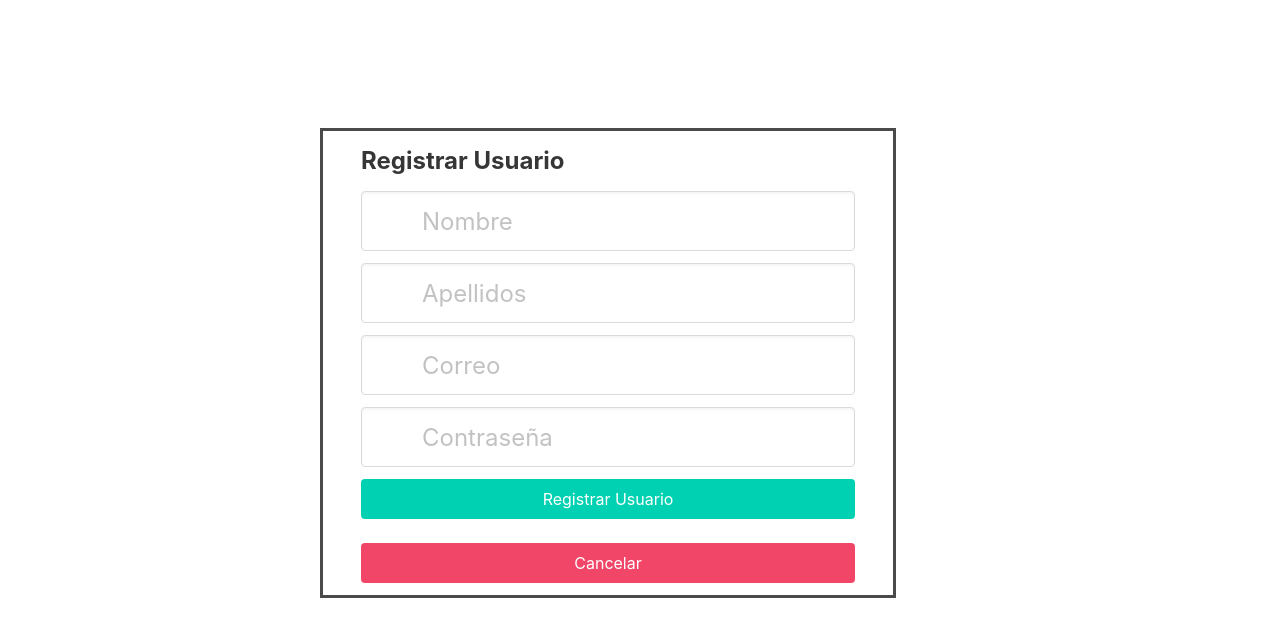
Repository: Spawnbig/ProyectoEspTec1
Page: /
These files come from the project's save history. The page is drawn as it stood at one moment and after the next save; the edit follows.
The browser window is 1280 px wide. The pictures show the whole page.
The project was rebuilt for these pictures with package versions that can differ from the ones it lists, and the page was loaded fresh each time. Also part of the build but not shown: vite.config.js, src/views/Dashboard.vue.

Above is the page before, as saved 2022-07-08 22:06:23.

After the next save:
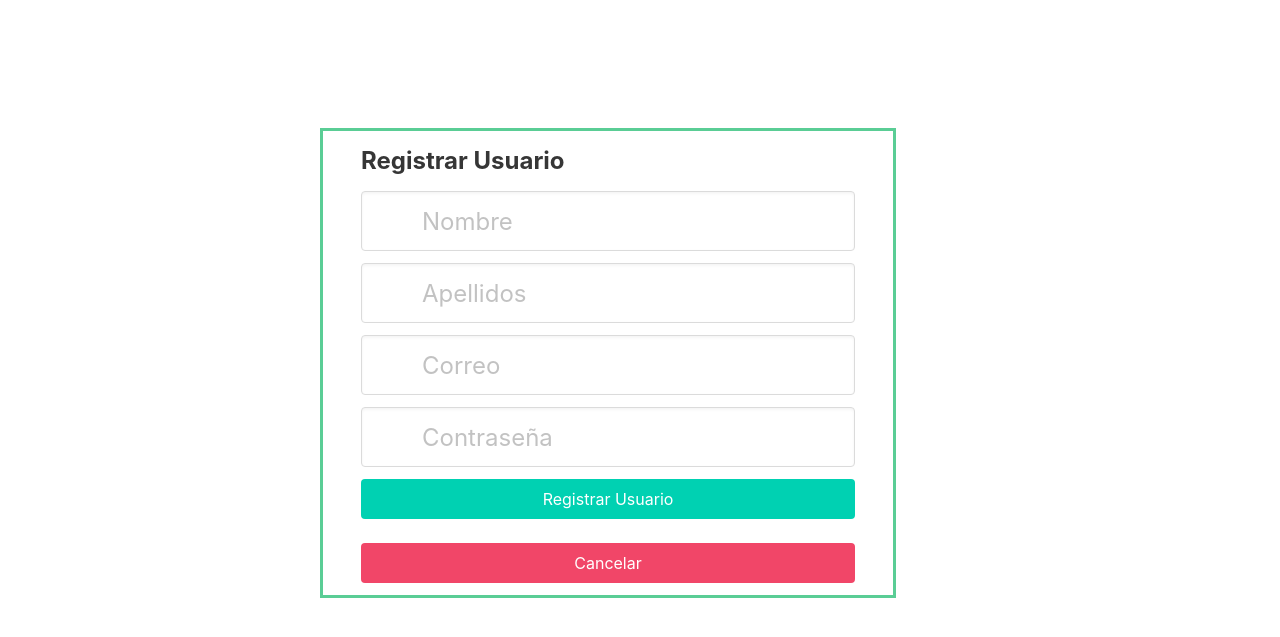
Saved 56 s later.
--- a/src/components/CrearUsuario.vue
+++ b/src/components/CrearUsuario.vue
@@ -75,6 +75,7 @@
    display: grid;
   place-content: center;
   border-style: solid;
+  border-color:#5acd95;
 
 
 }
